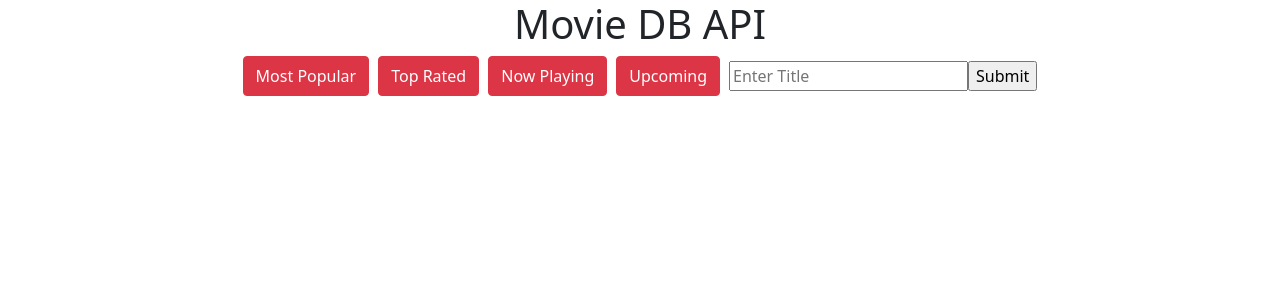
Repository: chaampavictor/moviedbapi
Page: /
The author's editor kept a copy of each file at every save. The page is drawn from the files as they stood at one save, then again after the next save.
The browser window is 1280 px wide. The pictures show the whole page.
The page's requests for data from a server got no answer. The project was rebuilt for these pictures with package versions that can differ from the ones it lists, and the page was loaded fresh each time. No one was signed in, and anything a server would have sent is missing.

Above is the page before, as saved 2022-01-13 13:08:23.

After the next save:
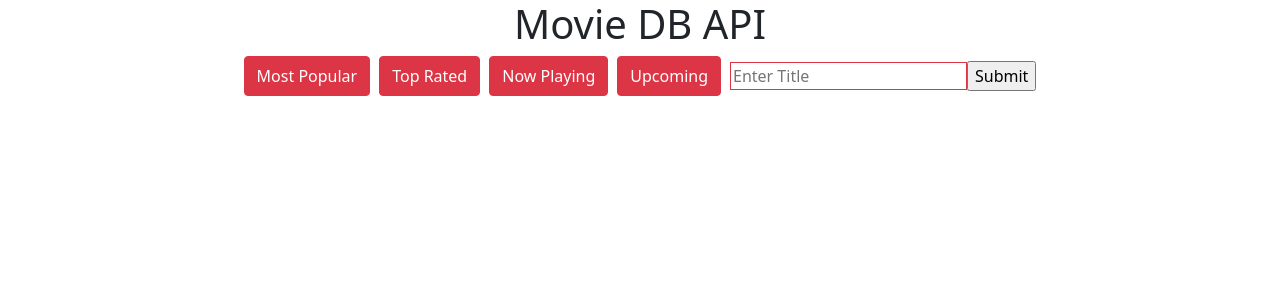
Saved 64 s later.
--- a/src/App.css
+++ b/src/App.css
@@ -19,6 +19,10 @@
   background-color: red;
   position: relative;
   font-family: Arial;
+}
+
+.searchbutton {
+  border: 1px solid #dc3545;
 }
 
 .text-block {
